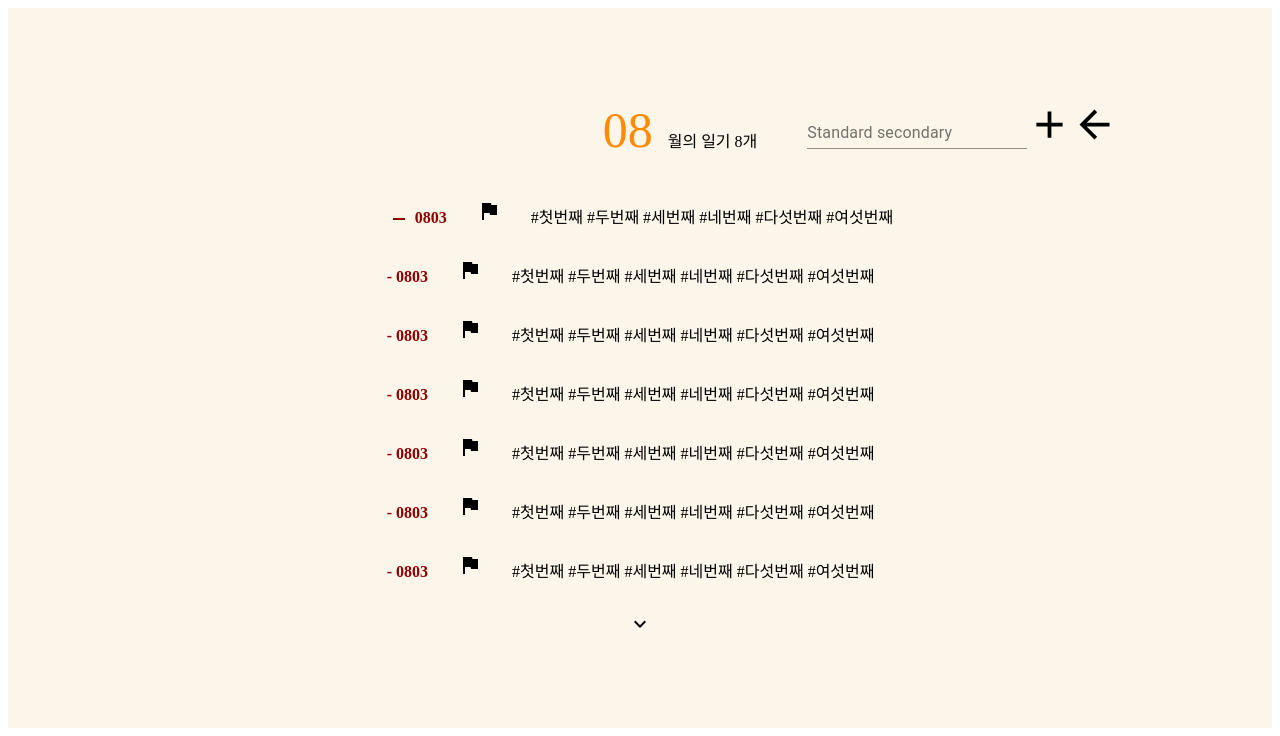
Repository: IMHANA/diary
Page: /list
These files come from the project's save history. The page is drawn as it stood at one moment and after the next save; the edit follows.
The browser window is 1280 px wide. The pictures show the whole page.
The project was rebuilt for these pictures with package versions that can differ from the ones it lists, and the page was loaded fresh each time. Also part of the build but not shown: src/App.css, src/pages/Main/main.js, src/pages/Month/month.js.

Above is the page before, as saved 2021-08-05 17:55:51.

### src/App.js
import './App.css';
import React, { Component } from 'react'
import MainTemplates from './components/MainTemplates';

class App extends Component {
  render() {
    console.log('메인을 불러온다!')
    return (
      <div>
        <MainTemplates/>
      </div>
    )
  }
}

export default App;

### src/components/MainTemplates.js
import React, { Component } from 'react'
import Main from '../pages/Main/main';
import Month from '../pages/Month/month';
import DayList from '../pages/DayList/dayList';
import { BrowserRouter as Router, Route, Switch, Link} from 'react-router-dom';

export default class MainTemplates extends Component {
    render() {
        return (
            <Router>
                <Switch>
                    <Route exact path='/' component={Main}/>
                    <Route path='/monthly' component={ Month }/>
                    <Route path='/list' component={ DayList} />
                </Switch>
            </Router>
        )
    }
}

### src/pages/DayList/dayList.js
import React, { Component } from 'react';
import { Add, ArrowBack , Flag, ExpandMore, Minimize } from '@material-ui/icons'
import TextField from '@material-ui/core/TextField';
import '../DayList/dayList.css';

export default class dayList extends Component {
    render() {
        return (
            <div id='container'>
                <div id='sub_box'>
                    <div className='list_title'>
                        <span id='month'>08</span><span id='month_sub'>월의 일기 8개</span>
                        <TextField id="standard-secondary" label="Standard secondary" color="secondary" />
                        <Add style={{fontSize: '45px'}}/>
                        <ArrowBack style={{fontSize: '45px'}} />
                    </div>
                    <div id='title'

                    ></div>
                    <div>
                        <div className='list_box'>
                            <span className='date'><Minimize/> 0803</span>
                            <Flag className='icon'/>
                            <span>#첫번째 #두번째 #세번째 #네번째 #다섯번째 #여섯번째</span>
                        </div>
                        <div className='list_box'>
                            <span className='date'>- 0803</span>
                            <Flag className='icon'/>
                            <span>#첫번째 #두번째 #세번째 #네번째 #다섯번째 #여섯번째</span>
                        </div>
                        <div className='list_box'>
                            <span className='date'>- 0803</span>
                            <Flag className='icon'/>
                            <span>#첫번째 #두번째 #세번째 #네번째 #다섯번째 #여섯번째</span>
                        </div>
                        <div className='list_box'>
                            <span className='date'>- 0803</span>
                            <Flag className='icon'/>
                            <span>#첫번째 #두번째 #세번째 #네번째 #다섯번째 #여섯번째</span>
                        </div>
                        <div className='list_box'>
                            <span className='date'>- 0803</span>
                            <Flag className='icon'/>
                            <span>#첫번째 #두번째 #세번째 #네번째 #다섯번째 #여섯번째</span>
                        </div>
                        <div className='list_box'>
                            <span className='date'>- 0803</span>
                            <Flag className='icon'/>
                            <span>#첫번째 #두번째 #세번째 #네번째 #다섯번째 #여섯번째</span>
                        </div>
                        <div className='list_box'>
                            <span className='date'>- 0803</span>
                            <Flag className='icon'/>
                            <span>#첫번째 #두번째 #세번째 #네번째 #다섯번째 #여섯번째</span>
                        </div>
                        <div id='more_btn'>
                            <ExpandMore className='icon2'/>
                        </div>
                    </div>
                    <div>

                    </div>
                </div>
            </div>
        )
    }
}

### src/pages/Main/main.css
#container {
    display: flex;
    flex-direction:column;

    height: 100vh;

    justify-content: center;
    align-items: center;
    background-color:rgb(252, 245, 233);
}

input[placeholder] {
    text-align: center;
    width: 150px;
    height: 35px;
    margin-bottom: 10px;
}

#login_btn, #sign_up_btn {
    width: 50px;
    height: 50px;
    border-radius: 50%;
    outline: none;
    border: none;
}

#btn_box {
    display: flex;
    justify-content: space-around;
    width: 150px;

}

#login_btn {
    background-color: rgb(255, 182, 45);
    margin-left: 50px;
}
#sign_up_btn {
    background-color: rgb(55, 137, 139);
}

#login_btn:hover {
    cursor: pointer;
    background-color: rgb(218, 153, 35);
}
#sign_up_btn:hover {
    cursor: pointer;
    background-color: rgb(51, 123, 124);
}

### src/pages/Month/month.css
#container {
    margin: 0;
    display: flex;
    flex-direction: column;
    justify-content: center;
    align-items: center;
}

.month_box_container {
    display: flex;
    width: 990px;
    height: 150px;
}
.month_box_container .calendar-item {
    /* display: inline-block; */
    border: 1px solid rgb(243, 243, 243);
    flex:1;
    padding-top: 10px;
    padding-left: 15px;
}

.month_box_container .calendar-item span.title{
    font-size: 40px;
    color:darkgrey;
    cursor: pointer;
    /* margin-top: 10px;
    margin-bottom: 10px; */
}

.month_box_container .calendar-item span.title:hover{
    color:rgb(252, 169, 76);
}

/* .first-floor span.title{
    color: red;
    height: 40px;
} */

#year_row {
    margin-top: 50px;
}

#year_row span {
    padding: 0 15px 0 15px;
}

### src/pages/DayList/dayList.css
#container {
    display: flex;
    flex-direction: column;
    justify-content: center;
    align-items: center;
    height: 100vh;

}

.list_title {
    margin-bottom: 40px;
}

#month {
    color:darkorange;
    font-size: 50px;
    margin-left: 440px;
}

#month_sub {
    margin: 0 50px 0 15px;
}

#sub_box {
    display: flex;
    flex-direction: column;
    justify-content: center;
    align-items: center;
}
.list_box {
    margin-bottom: 30px;
}
.icon {
    padding: 0 30px 0 30px;
}

.icon2 {
    font-size: 50px;
}

.date {
    font-weight: bolder;
    color:darkred;
}

#more_btn {
    display: flex;
    justify-content: center;

}

Loaded but not shown: public/index.html (common file); src/index.js (common file)

After the next save:
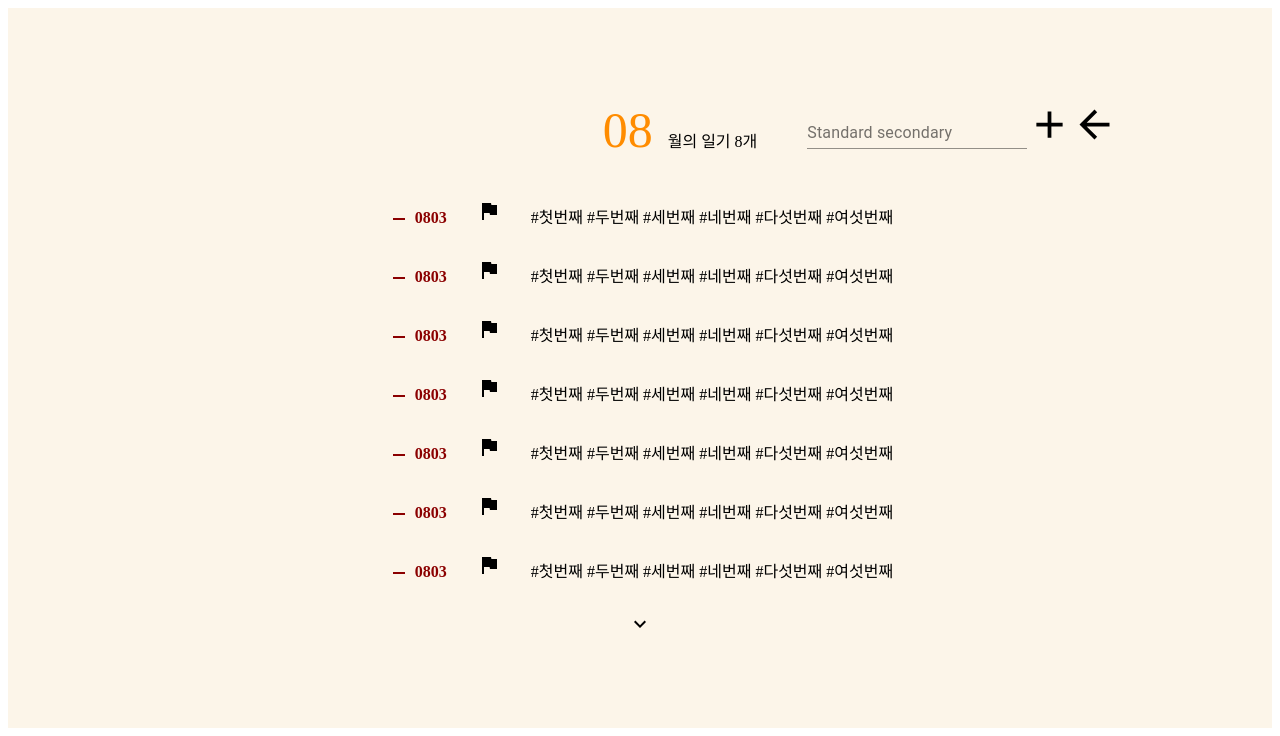
Saved 29 s later.
--- a/src/pages/DayList/dayList.js
+++ b/src/pages/DayList/dayList.js
@@ -24,32 +24,32 @@ export default class dayList extends Component {
                             <span>#첫번째 #두번째 #세번째 #네번째 #다섯번째 #여섯번째</span>
                         </div>
                         <div className='list_box'>
-                            <span className='date'>- 0803</span>
+                            <span className='date'><Minimize/> 0803</span>
                             <Flag className='icon'/>
                             <span>#첫번째 #두번째 #세번째 #네번째 #다섯번째 #여섯번째</span>
                         </div>
                         <div className='list_box'>
-                            <span className='date'>- 0803</span>
+                            <span className='date'><Minimize/> 0803</span>
                             <Flag className='icon'/>
                             <span>#첫번째 #두번째 #세번째 #네번째 #다섯번째 #여섯번째</span>
                         </div>
                         <div className='list_box'>
-                            <span className='date'>- 0803</span>
+                            <span className='date'><Minimize/> 0803</span>
                             <Flag className='icon'/>
                             <span>#첫번째 #두번째 #세번째 #네번째 #다섯번째 #여섯번째</span>
                         </div>
                         <div className='list_box'>
-                            <span className='date'>- 0803</span>
+                            <span className='date'><Minimize/> 0803</span>
                             <Flag className='icon'/>
                             <span>#첫번째 #두번째 #세번째 #네번째 #다섯번째 #여섯번째</span>
                         </div>
                         <div className='list_box'>
-                            <span className='date'>- 0803</span>
+                            <span className='date'><Minimize/> 0803</span>
                             <Flag className='icon'/>
                             <span>#첫번째 #두번째 #세번째 #네번째 #다섯번째 #여섯번째</span>
                         </div>
                         <div className='list_box'>
-                            <span className='date'>- 0803</span>
+                            <span className='date'><Minimize/> 0803</span>
                             <Flag className='icon'/>
                             <span>#첫번째 #두번째 #세번째 #네번째 #다섯번째 #여섯번째</span>
                         </div>
